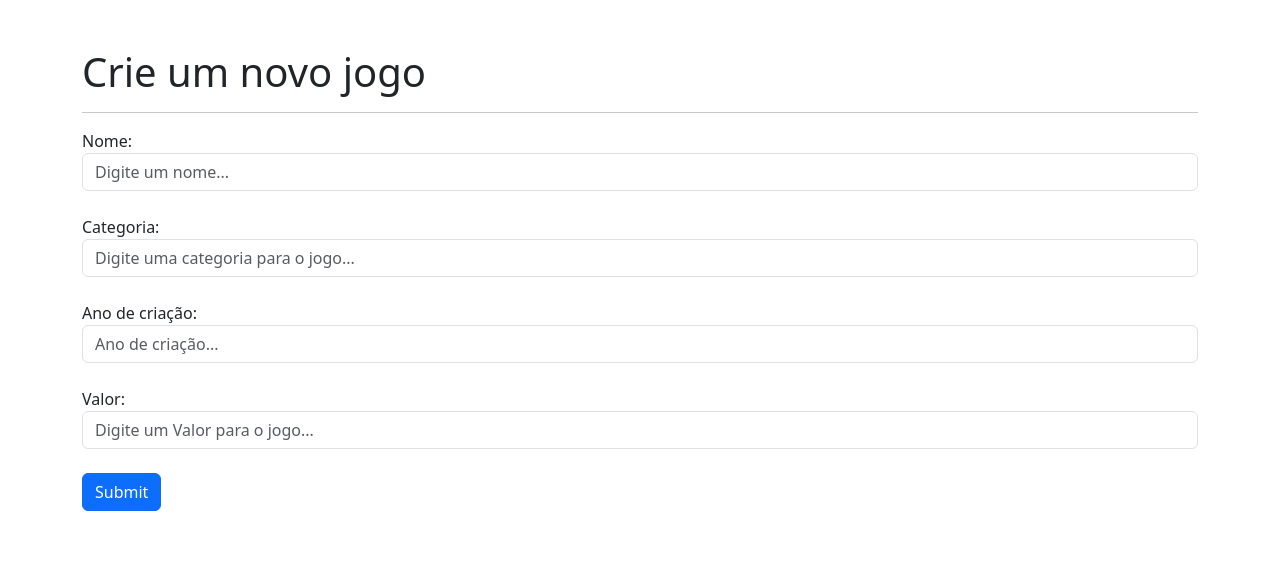
Repository: ytavares/game-registration
Page: http://localhost/jogos/create
An editor plug-in stored every save of this project. The page is shown before and after the next save, followed by the edit.
The browser window is 1280 px wide. The pictures show the whole page.
The page is served by the project's Laravel application, run on PHP 8.4 with Laravel 10.

Above is the page before, as saved 2023-09-16 00:32:56.

After the next save:
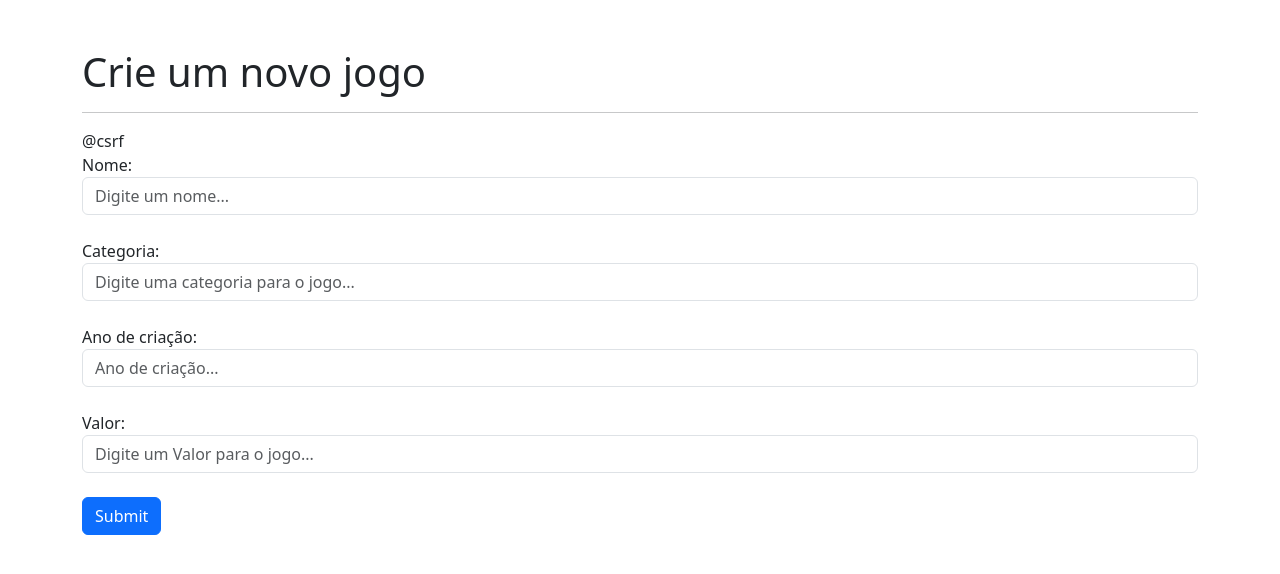
Saved 33 s later.
--- a/resources/views/jogos/create.blade.php
+++ b/resources/views/jogos/create.blade.php
@@ -6,7 +6,7 @@
         <h1 class="mt-5">Crie um novo jogo</h1>
         <hr>
         <form action="{{ route('jogos-store')}}" method="POST">
-        @csrf
+        @@csrf
             <div class="form-group">
                 <div class="form-group">
                     <label for="nome">Nome:</label>

After the save that followed:
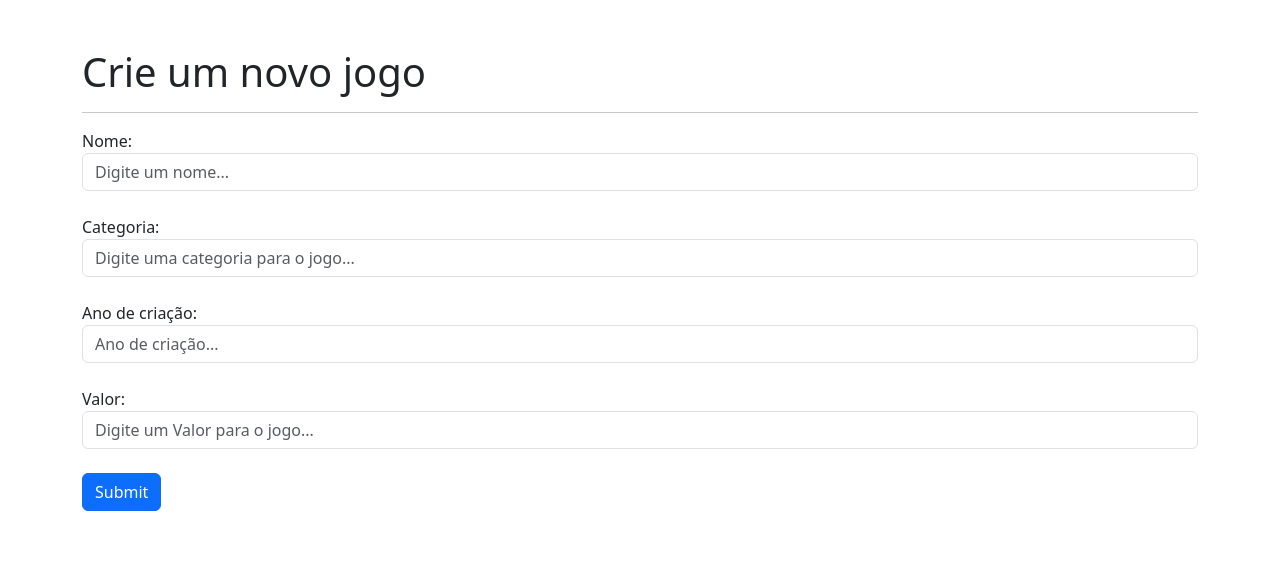
Saved 26 s later.
--- a/resources/views/jogos/create.blade.php
+++ b/resources/views/jogos/create.blade.php
@@ -6,7 +6,7 @@
         <h1 class="mt-5">Crie um novo jogo</h1>
         <hr>
         <form action="{{ route('jogos-store')}}" method="POST">
-        @@csrf
+        @csrf
             <div class="form-group">
                 <div class="form-group">
                     <label for="nome">Nome:</label>
